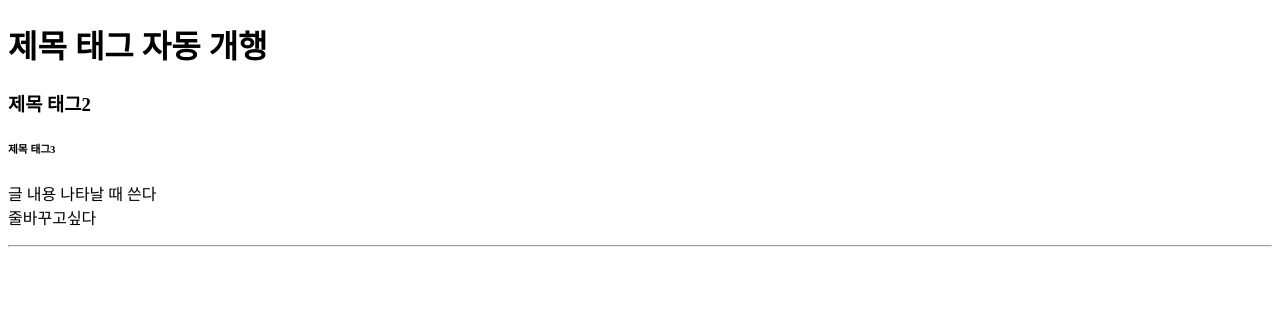
Repository: YeonHaw/jsp
Page: JSPBasic/src/main/webapp/HTML/Index01.html
The author's editor kept a copy of each file at every save. The page is drawn from the files as they stood at one save, then again after the next save.
The browser window is 1280 px wide. The pictures show the whole page.

Above is the page before, as saved 2023-12-26 07:53:08.

After the next save:
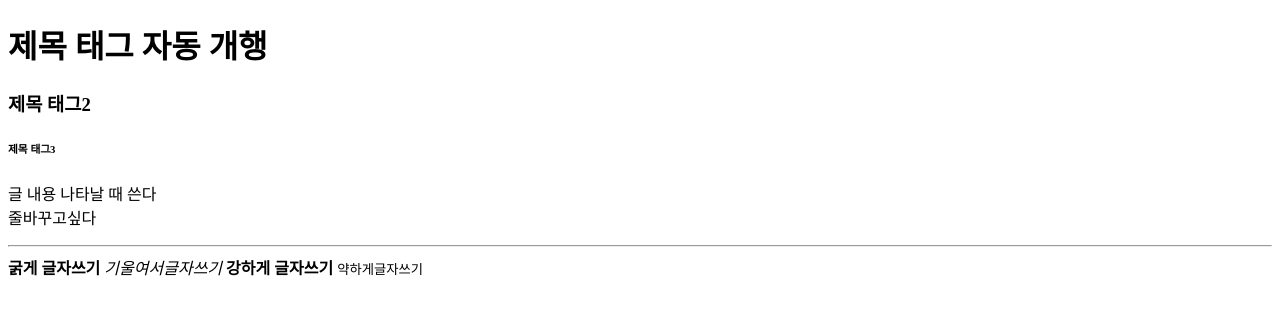
Saved 4 min 45 s later.
--- a/JSPBasic/src/main/webapp/HTML/Index01.html
+++ b/JSPBasic/src/main/webapp/HTML/Index01.html
@@ -14,6 +14,10 @@
 	줄바꾸고싶다
 
 	<hr>
+	<b>굵게 글자쓰기</b>
+	<i>기울여서글자쓰기</i>
+	<strong>강하게 글자쓰기</strong>
+	<small>약하게글자쓰기</small>
 </p>
 </body>
 </html>
